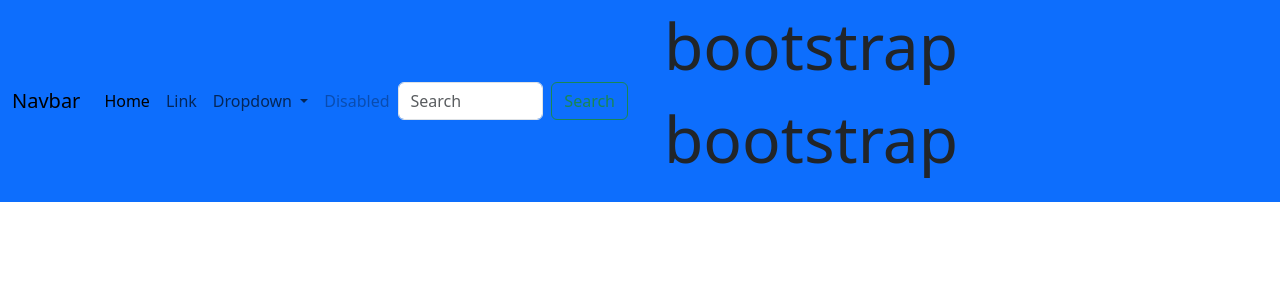
Repository: Riyakashiwala/practical
Page: riya 6th sem/book website.html
An editor plug-in stored every save of this project. The page is shown before and after the next save, followed by the edit.
The browser window is 1280 px wide. The pictures show the whole page.

Above is the page before, as saved 2024-12-11 06:37:21.

### riya 6th sem/book website.html
<!DOCTYPE html>
<html lang="en">
<head>
    <meta charset="UTF-8">
    <meta name="viewport" content="width=device-width, initial-scale=1.0">
    <title>Book Website</title>
    <link href="https://cdn.jsdelivr.net/npm/bootstrap@5.3.3/dist/css/bootstrap.min.css" rel="stylesheet" integrity="sha384-QWTKZyjpPEjISv5WaRU9OFeRpok6YctnYmDr5pNlyT2bRjXh0JMhjY6hW+ALEwIH" crossorigin="anonymous">


</head>
<body>
    <nav class="navbar navbar-expand-lg bg-primary">
        <div class="container-fluid bg-primary">
            <a class="navbar-brand" href="#">Navbar</a>
            <button class="navbar-toggler" type="button" data-bs-toggle="collapse" data-bs-target="#navbarSupportedContent" aria-controls="navbarSupportedContent" aria-expanded="false" aria-label="Toggle navigation">
            <span class="navbar-toggler-icon"></span>
            </button>
            <div class="collapse navbar-collapse" id="navbarSupportedContent">
            <ul class="navbar-nav me-auto mb-2 mb-lg-0">
                <li class="nav-item">
                <a class="nav-link active" aria-current="page" href="#">Home</a>
                </li>
                <li class="nav-item">
                <a class="nav-link" href="#">Link</a>
                </li>
                <li class="nav-item dropdown">
                <a class="nav-link dropdown-toggle" href="#" role="button" data-bs-toggle="dropdown" aria-expanded="false">
                Dropdown
                </a>
                <ul class="dropdown-menu">
                <li><a class="dropdown-item" href="#">Action</a></li>
                <li><a class="dropdown-item" href="#">Another action</a></li>
                <li><hr class="dropdown-divider"></li>
                <li><a class="dropdown-item" href="#">Something else here</a></li>
                </ul>
                </li>
            <li class="nav-item">
                <a class="nav-link disabled" aria-disabled="true">Disabled</a>
            </li>
            </ul>
            <form class="d-flex" role="search">
            <input class="form-control me-2" type="search" placeholder="Search" aria-label="Search">
            <button class="btn btn-outline-success" type="submit">Search</button>
            </form>
        </div>
        </div>
        <div class="container-fluid bg-primary">
        <div class="container">
            <section id="intro">
                <div class="row justify-content-start">
                    <div class="col-6">
                        <p class="display-3">bootstrap</p>
                        <p class="display-3">bootstrap</p>
                    </div>
                </div>
            </section>
        </div>
        </div>
    </nav>
    <script src="https://cdn.jsdelivr.net/npm/bootstrap@5.3.3/dist/js/bootstrap.bundle.min.js" integrity="sha384-YvpcrYf0tY3lHB60NNkmXc5s9fDVZLESaAA55NDzOxhy9GkcIdslK1eN7N6jIeHz" crossorigin="anonymous"></script>
</body>
</html>

After the next save:
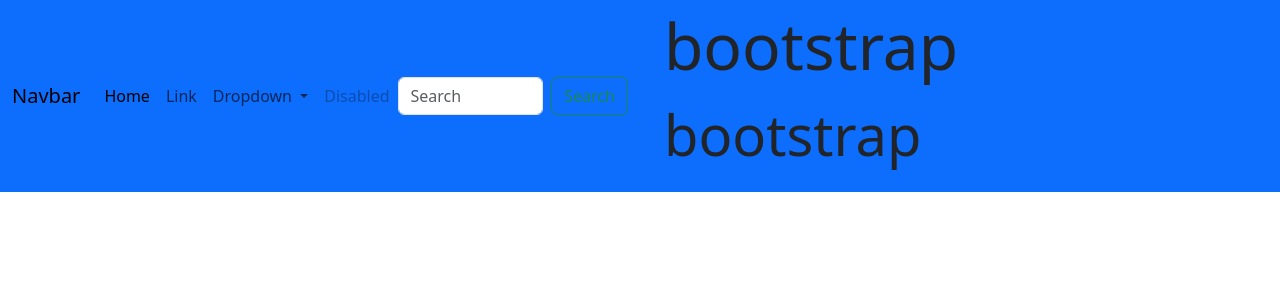
Saved 9 s later.
--- a/riya 6th sem/book website.html
+++ b/riya 6th sem/book website.html
@@ -50,7 +50,7 @@
                 <div class="row justify-content-start">
                     <div class="col-6">
                         <p class="display-3">bootstrap</p>
-                        <p class="display-3">bootstrap</p>
+                        <p class="display-4">bootstrap</p>
                     </div>
                 </div>
             </section>
